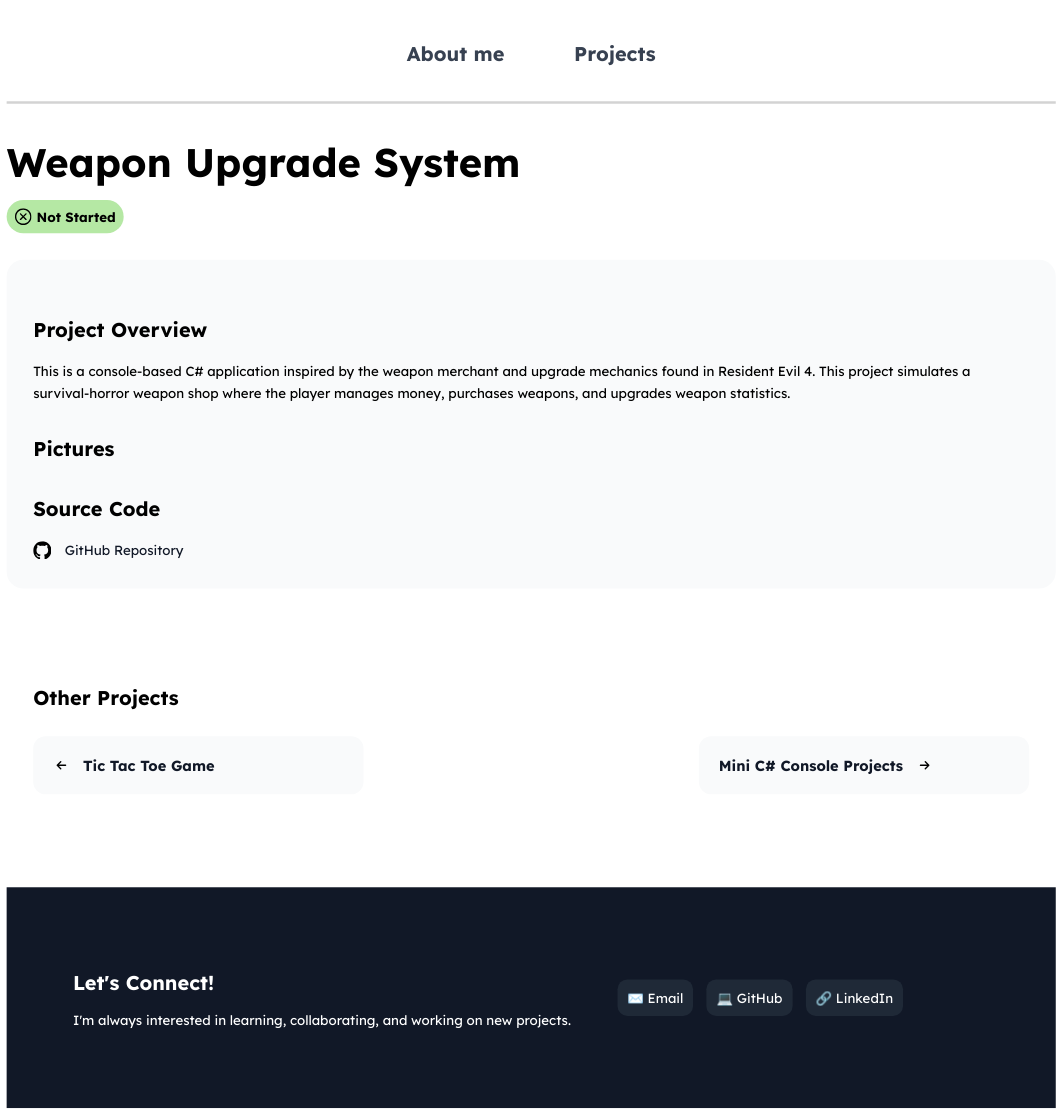
Repository: perrybalaba/perrybalaba
Page: pages/weapon-upgrade.html
These files come from the project's save history. The page is drawn as it stood at one moment and after the next save; the edit follows.
The browser window is 1280 px wide. The pictures show the whole page, at 83% of full size.

Above is the page before, as saved 2026-05-14 20:08:43.

### pages/weapon-upgrade.html
<!DOCTYPE html>
<html lang="en">
<head>
    <meta charset="UTF-8">
    <meta name="viewport" content="width=device-width, initial-scale=1.0">
    <title> Perry's Portfolio </title>
    <link rel="stylesheet" href="../styles/projects.css"/>
    <link rel="stylesheet" href="../styles/globals.css"/>
</head>
<body>
    <main>
        <!-- NAVIGATION BAR -->
        <nav class="Nav-Bar">
            <ul>
                <li><a href="../index.html"> About me </a></li>
                <li><a href="../pages/weapon-upgrade.html"> Projects </a></li>
            </ul>
        </nav>
        <!-- INFO -->
        <div class="Project-Info">
            <div class="Project-Info-Container">
                <h2> Weapon Upgrade System </h2>
                <div class="Project-Stats">
                    <span class="Not-Started">
                        <img src="../assets/images/no-svgrepo-com.svg" alt="not-started"/>
                        Not Started
                    </span>
                </div>
                <div class="Project-Info-Card">
                    <h3> Project Overview </h3>
                        <p>
                            This is a console-based C# application inspired by the weapon merchant and upgrade mechanics
                            found in Resident Evil 4. This project simulates a survival-horror weapon shop where the player
                            manages money, purchases weapons, and upgrades weapon statistics.
                        </p>
                    <h3> Pictures </h3>
                    <h3> Source Code </h3>
                    <div class="GitHub-Repo">
                        <a href="">
                            <img src="../assets/images/github-142-svgrepo-com.svg" alt="github logo">
                            GitHub Repository
                        </a>
                    </div>
                </div>
            </div>

        </div>

        <!-- MORE PROJECTS -->
        <div class="Other-Projects">
            <h2> Other Projects </h2>
            <div class="Other-Projects-Container">
                <div class="Other-Projects-Card Left-Card">
                    <a href="./tic-tac-toe.html">
                    <img src="../assets/images/arrow-sm-left-svgrepo-com.svg">
                    Tic Tac Toe Game
                    </a>
                </div>

                <div class="Other-Projects-Card Right-Card">
                    <a href="./console-projects.html">
                        Mini C# Console Projects
                        <img src="../assets/images/arrow-sm-right-svgrepo-com.svg">
                    </a>
                </div>
            </div>
        </div>


        <!-- CONTACT -->
        <div class="Contact">
            <div class="Contact-Container">
                <div class="Contact-Text">
                    <h2> Let's Connect! </h2>
                    <p>
                        I'm always interested in learning, collaborating, and working on new projects.
                    </p>
                </div>

                <div class="Contact-Links">
                    <a href="mailto:balabaperry@gmail.com"> ✉️ Email</a>
                    <a href="https://github.com/perrybalaba"> 💻 GitHub </a>
                    <a href="https://www.linkedin.com/in/ann-karen-balaba-46b839387/"> 🔗 LinkedIn</a>
                </div>
            </div>
        </div>

    </main>
</body>
</html>

### styles/projects.css
/* NAVIGATION BAR */
.Nav-Bar {
    padding: 1rem;
    border-bottom: 3px solid lightgray;
}

nav ul {
    list-style: none;
    display: flex;
    justify-content: center;
    flex-wrap: wrap;
    gap: 2rem;
    padding: 0;
}

nav ul li a {
    display: block;
    text-align: center;
    padding: .75rem 1rem;
    text-decoration: none;
    color: #374151;
    font-weight: bold;
    padding: 10px;
    border-radius: 10px;
    font-size: 1rem;
    transition: 0.2s;
}

nav ul li a:hover {
    transform: scale(1.08);
    background-color: #f3f4f6;
    color: black;
}

/* PROJECT */
.Other-Projects {
    max-width: 1100px;
    margin: 0;
    padding: 2rem;
}

.Project-Info-Container h2 {
    font-size: 3rem;
    margin-bottom: 1rem;
}

.Project-Stats {
    display: flex;
    gap: 1rem;
    flex-wrap: wrap;
    margin-bottom: 2rem;
}

.Work-In-Progress {
    display: flex;
    align-items: center;
    gap: 6px;
    background-color: #fffaaf;
    padding: 10px;
    border-radius: 1000px;
    font-weight: bold;
}

.Work-In-Progress img {
    width: 20px;
    height: 20px;
}

.Completed {
    display: flex;
    align-items: center;
    gap: 6px;
    background-color: #b5e8a4;
    padding: 10px;
    border-radius: 1000px;
    font-weight: bold;
}

.Completed img {
    width: 20px;
    height: 20px;
}

.Not-Started {
    display: flex;
    align-items: center;
    gap: 6px;
    background-color: #b5e8a4;
    padding: 10px;
    border-radius: 1000px;
    font-weight: bold;
}

.Not-Started img {
    width: 20px;
    height: 20px;
}

.Project-Info-Card {
    background-color: #f9fafb;
    padding: 2rem;
    border-radius: 20px;
    line-height: 1.7;
}

.Project-Info-Card h3 {
    font-size: 1.5rem;
    margin-bottom: 1rem;
    margin-top: 2rem;
}

.GitHub-Repo a {
    text-decoration: none;
    color: #111827;
    display: flex;
    align-items: center;
    gap: 1rem;
    transition: 0.2s ease;
}

.GitHub-Repo a:hover {
    transform: scale(1.01);
}

.GitHub-Repo img {
    width: 22px;
    height: 22px;
}

/* OTHER PROJECTS */
.Other-Projects {
    margin-top: 4rem;
    max-width: 1200px;
    padding: 2rem;
}

.Other-Projects-Container {
    display: flex;
    flex-direction: column;
    gap: 1rem;
    margin-top: 2rem;
}

.Other-Projects h2 {
    margin-bottom: 2rem;
}

.Other-Projects-Card {
    background-color: #f9fafb;
    padding: 1.5rem;
    border-radius: 15px;
    width: 100%;
    transition: 0.2s ease;
}

.Other-Projects-Card:hover {
    transform: translateY(-5px);
    background-color: #f3f4f6;
}

.Other-Projects-Card a {
    text-decoration: none;
    color: #111827;
    font-weight: bold;
    font-size: 1.1rem;
    display:flex;
    align-items: center;
    gap: 1rem;
}

.Other-Projects-Card img {
    width: 20px;
    height: 20px;
    transition: transform 0.2s ease;
}

.Left-Card:hover img {
    transform: translateX(-5px);
}

.Right-Card:hover img {
    transform: translateX(5px);
}

/* CONTACT */
.Contact {
    background-color: #111827;
    color: white;
    padding: 5rem;
    margin-top: 5rem;
}

.Contact-Container {
    display: flex;
    justify-content: space-between;
    align-items: center;
    max-width: 1000px;
    margin: 0;
    flex-wrap: wrap;
    gap: 2rem;
}

.Contact-Links {
    display: flex;
    gap: 1rem;
    flex-wrap: wrap;
}

.Contact-Links a {
    text-decoration: none;
    background-color: #1F2937;
    color: white;
    padding: 12px;
    border-radius: 12px;
    transition: 0.2s ease;
}

.Contact-Links a:hover {
    background-color: #374151;
    transform: scale(1.03);
}

### styles/globals.css
/* FONTS */
@font-face {
    font-family: "NotoSans";
    src: url(../assets/fonts/Noto_Sans/NotoSans-VariableFont_wdth\,wght.ttf);
}

@font-face {
    font-family: "Lexend";
    src: url(../assets/fonts/Lexend_Deca\,Noto_Sans/Lexend_Deca/LexendDeca-VariableFont_wght.ttf);
}

.Home-Header {
    font-family: "NotoSans";
}

.Nav-Bar {
    font-family: "Lexend";
}

main {
    font-family: "Lexend";
}

/* TABLET DESIGN */
@media (min-width: 768px) {
    /* NAVIGATION BAR */
    nav ul li a {
        font-size: 1.3rem;
    }

    /* HEADER */
    .Home-Header {
        font-size: 2.2rem;
    }

    /* ABOUT ME */
    .Info {
        flex-direction: row;
        justify-content: center;
        align-items: center;
        gap: 2rem;
        padding: 2rem;
    }

    .Description {
        width: 60%;
        max-width: 600px;
    }

    .Info img {
        max-width: 300px;
        width: 40%;
    }

    /* SKILLS */
    .Skill-Card {
        width: 260px;
    }

    .Skill-Icons img {
        width: 50px;
        height: 50px;
    }

    /* OTHER PROJECTS */
    .Other-Projects-Container {
        flex-direction: row;
        justify-content: space-between;
        align-items: center;
    }

    .Other-Projects-Card {
        width: 300px;
    }
}

/* DESKTOP */
@media (min-width: 1024px) {

    /* NAVIGATION */
    nav ul {
        gap: 4rem;
    }

    nav ul li a {
        font-size: 1.5rem;
    }

    /* ABOUT ME */
    .Info {
        gap: 5rem;
        padding: 4rem;
        justify-content: center;
        flex-direction: row;
        align-items: center;
    }

    .Description {
        max-width: 650px;
        font-size: 1.2rem;
        display: flex;
        flex-direction: column;
        align-items: center;
        justify-content: center;
        gap: 1rem;
    }

    .Info img {
        max-width: 500px;
    }

    .Home-Header {
        font-size: 4rem;
    }

    /* SKILLS */
    .Skill-Container {
        gap: 3rem;
    }

    .Skill-Card {
        width: 280px;
    }

    .Skill-Icons img {
        width: 80px;
        height: 80px;
    }

    /* SKILLS */
    .Projects-Container {
        display: flex;
        flex-direction: column;
        align-items: center;
    }

    .Project-Card {
        width: 100%;
        max-width: 850px;
        margin: 0 auto;
    }

    /* OTHER PROJECTS */
    .Other-Projects-Container {
        justify-content: space-between;
        align-items: center;
    }

    .Other-Projects-Card {
        width: 350px;
        padding: 1.5rem;
    }

    .Other-Projects-Card a {
        font-size: 1.1rem;
    }
}

After the next save:
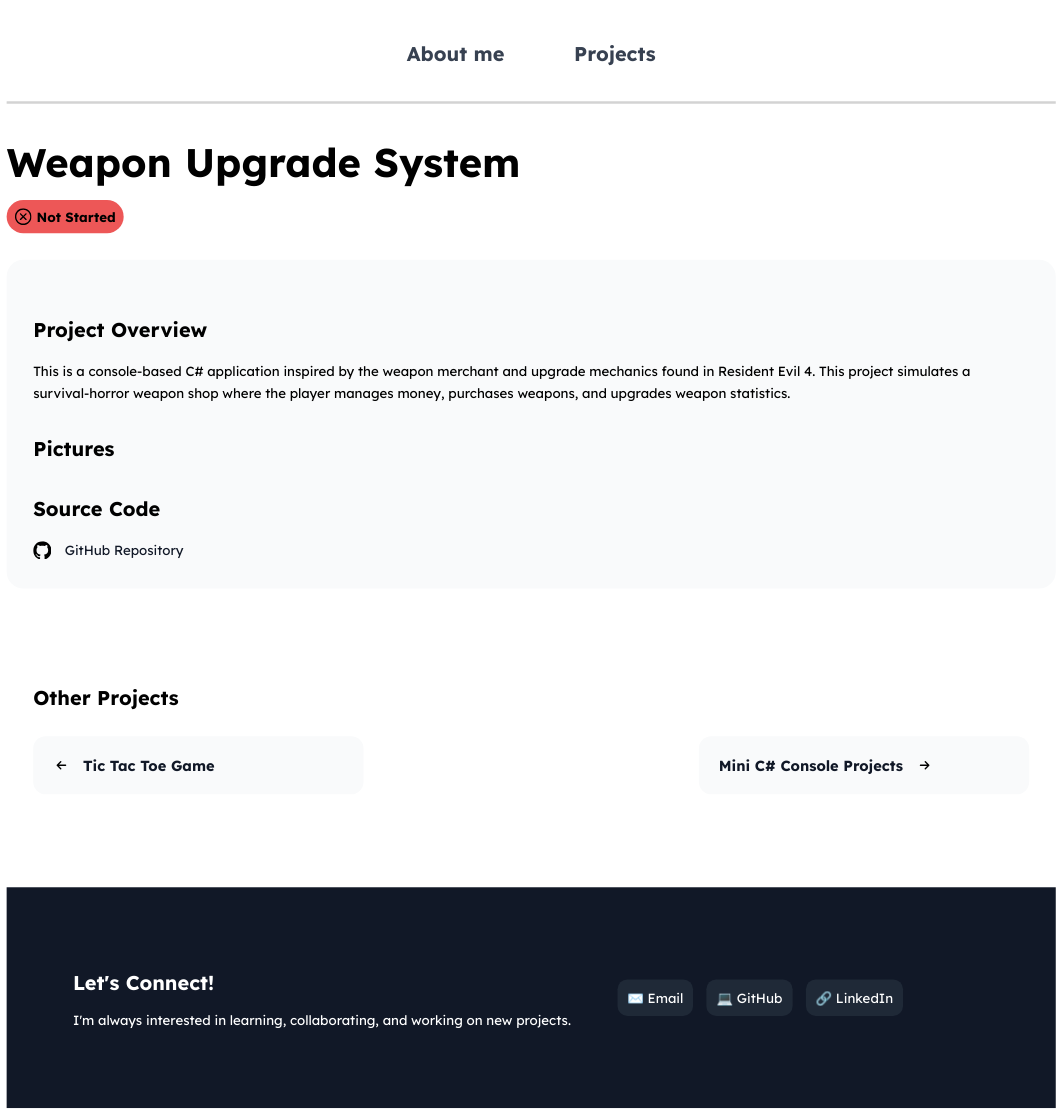
Saved 2 min 20 s later.
--- a/styles/projects.css
+++ b/styles/projects.css
@@ -85,7 +85,7 @@ nav ul li a:hover {
     display: flex;
     align-items: center;
     gap: 6px;
-    background-color: #b5e8a4;
+    background-color: #ed5757;
     padding: 10px;
     border-radius: 1000px;
     font-weight: bold;
